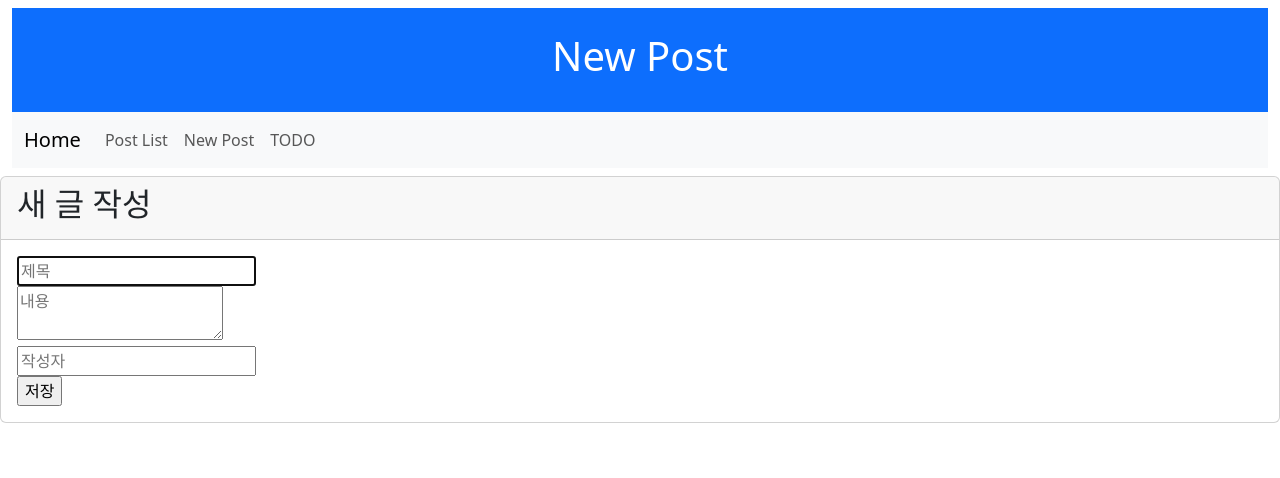
Repository: ldj0905/javaproject
Page: http://localhost/lab05_jsp/post/create
The author's editor kept a copy of each file at every save. The page is drawn from the files as they stood at one save, then again after the next save.
The browser window is 1280 px wide. The pictures show the whole page.
The page is served by Tomcat 10.

Above is the page before, as saved 2024-05-29 02:48:57.

After the next save:
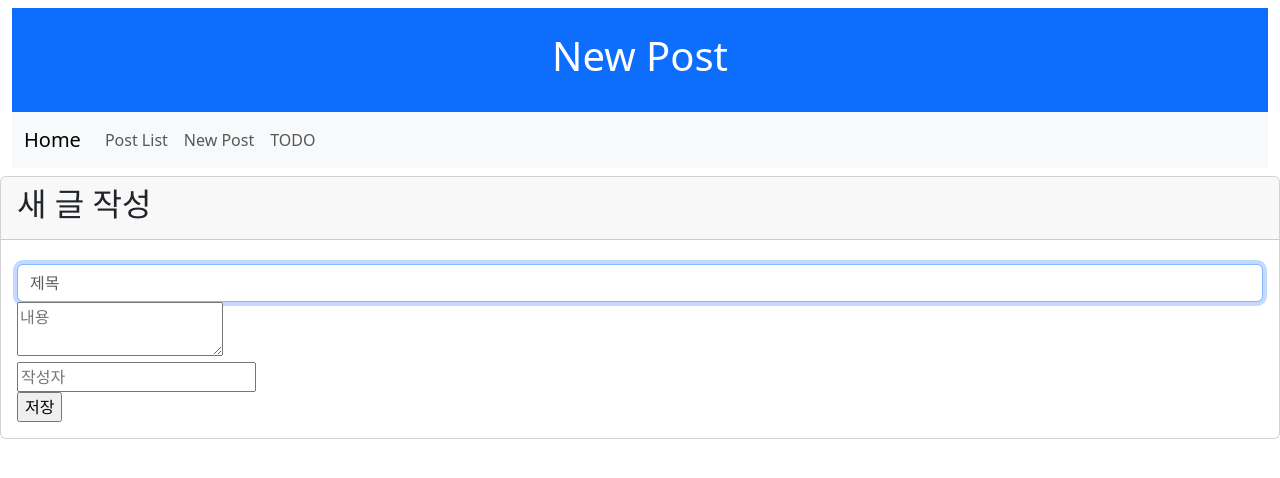
Saved 67 s later.
--- a/lab05_jsp/src/main/webapp/WEB-INF/views/post/create.jsp
+++ b/lab05_jsp/src/main/webapp/WEB-INF/views/post/create.jsp
@@ -25,8 +25,9 @@
             <div class="card-body">
                 <c:url var = "newPostPage" value="/post/create" />
                 <form method="post" action ="${newPostPage}"></form> <!-- 왜 포스트 방식으로보냄 -->
-                    <div>
-                        <input type ="text" name="title" placeholder="제목"
+                    <div class="mt-2">
+                        <input class="form-control"
+                        type ="text" name="title" placeholder="제목"
                             required autofocus />
                     </div>
                     <div>
